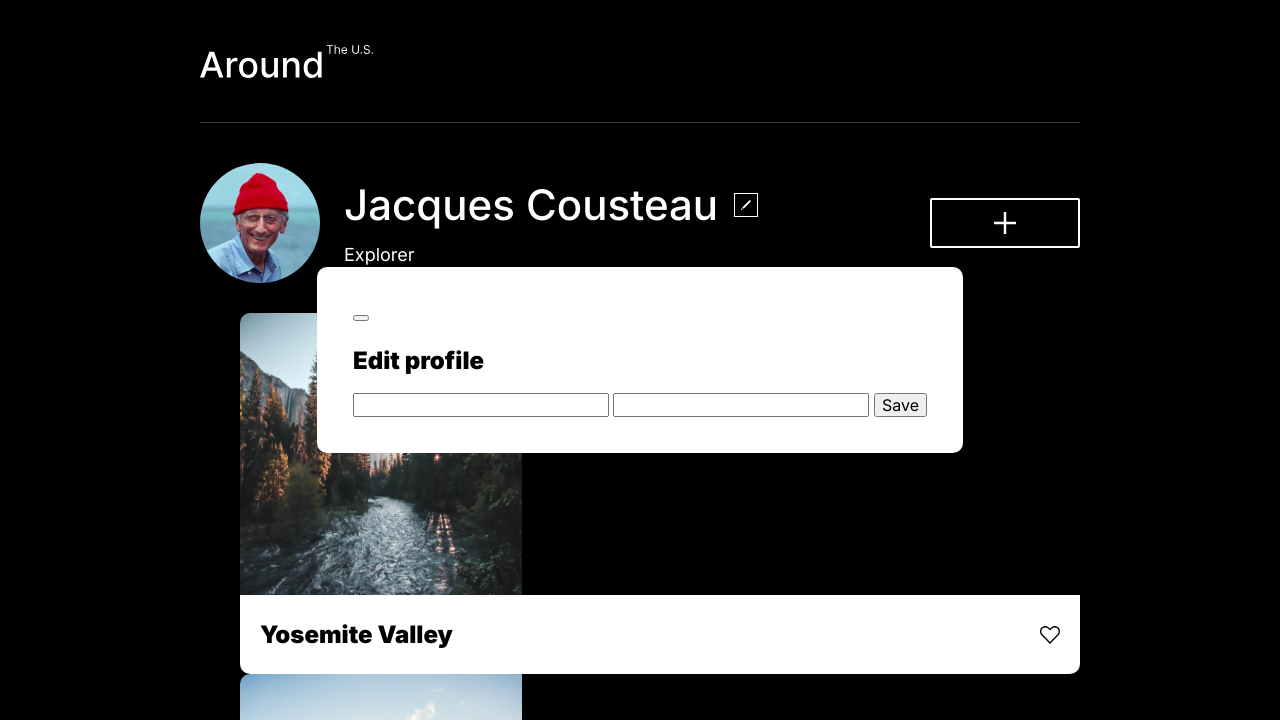
Repository: luisbaezx/se_project_aroundtheus
Page: index.html
The author's editor kept a copy of each file at every save. The page is drawn from the files as they stood at one save, then again after the next save.
The browser window is 1280 px wide. The pictures show the window.
A layer covers the whole window, so only the first screen is drawn.

Above is the page before, as saved 2024-09-15 15:05:02.

After the next save:
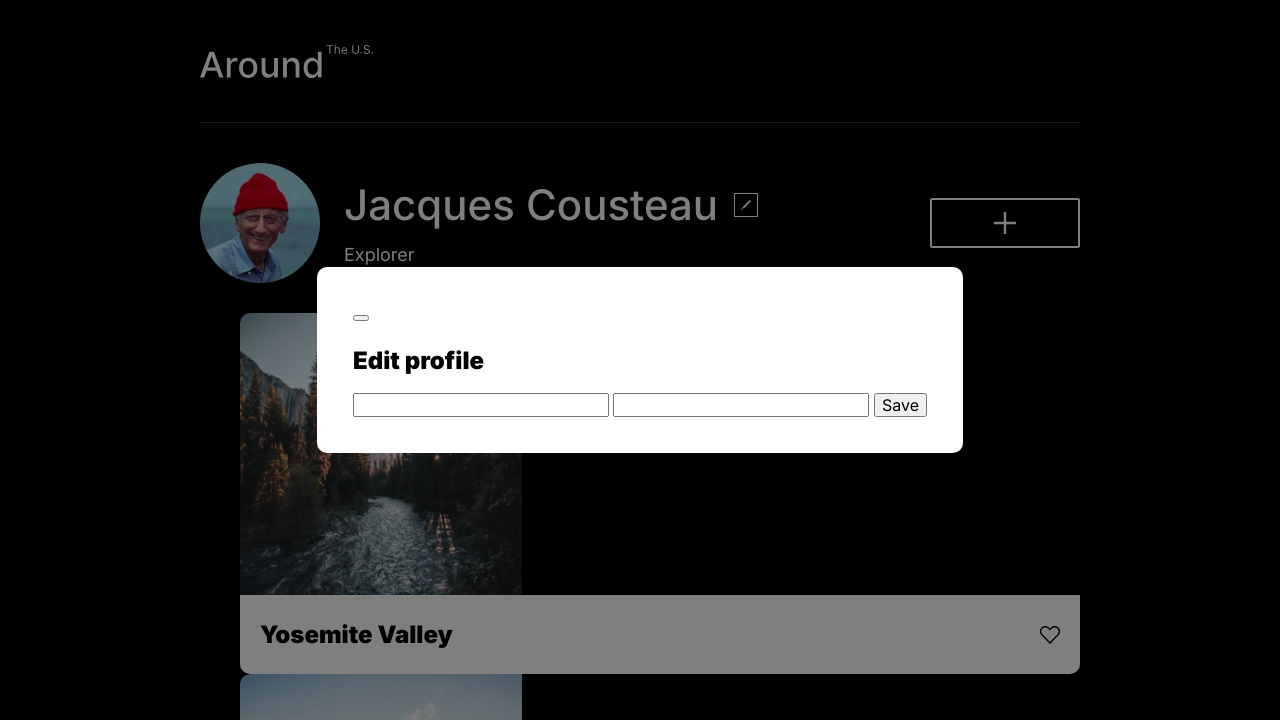
Saved 8 s later.
--- a/blocks/modal.css
+++ b/blocks/modal.css
@@ -4,7 +4,7 @@
   left: 0;
   bottom: 0;
   right: 0;
-  background-color: rgba(0, 0, 0, 0);
+  background-color: rgba(0, 0, 0, 0.5);
   z-index: 999;
   display: flex;
 }
